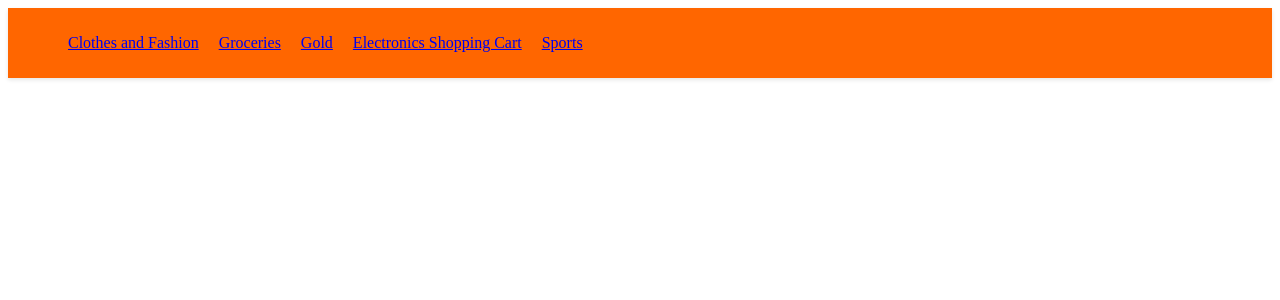
Repository: Maheshbabur789/BookStore
Page: MyLabs/OnlineMarketing/src/main/webapp/login.html
The author's editor kept a copy of each file at every save. The page is drawn from the files as they stood at one save, then again after the next save.
The browser window is 1280 px wide. The pictures show the whole page.

Above is the page before, as saved 2024-11-07 11:19:56.

After the next save:
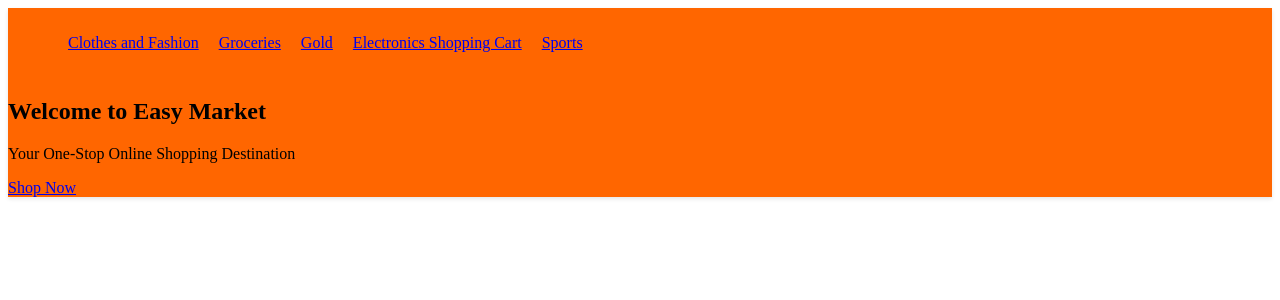
Saved 112 s later.
--- a/MyLabs/OnlineMarketing/src/main/webapp/login.html
+++ b/MyLabs/OnlineMarketing/src/main/webapp/login.html
@@ -37,5 +37,14 @@
                 <li><a href="#cart">Sports</a></li>
             </ul>
         </nav>
-    </header></body>
+
+         <section class="hero">
+        <div class="hero-content">
+            <h1>Welcome to Easy Market</h1>
+            <p>Your One-Stop Online Shopping Destination</p>
+            <a href="#products" class="cta-button">Shop Now</a>
+        </div>
+    </header>
+
+    </body>
 </html>
